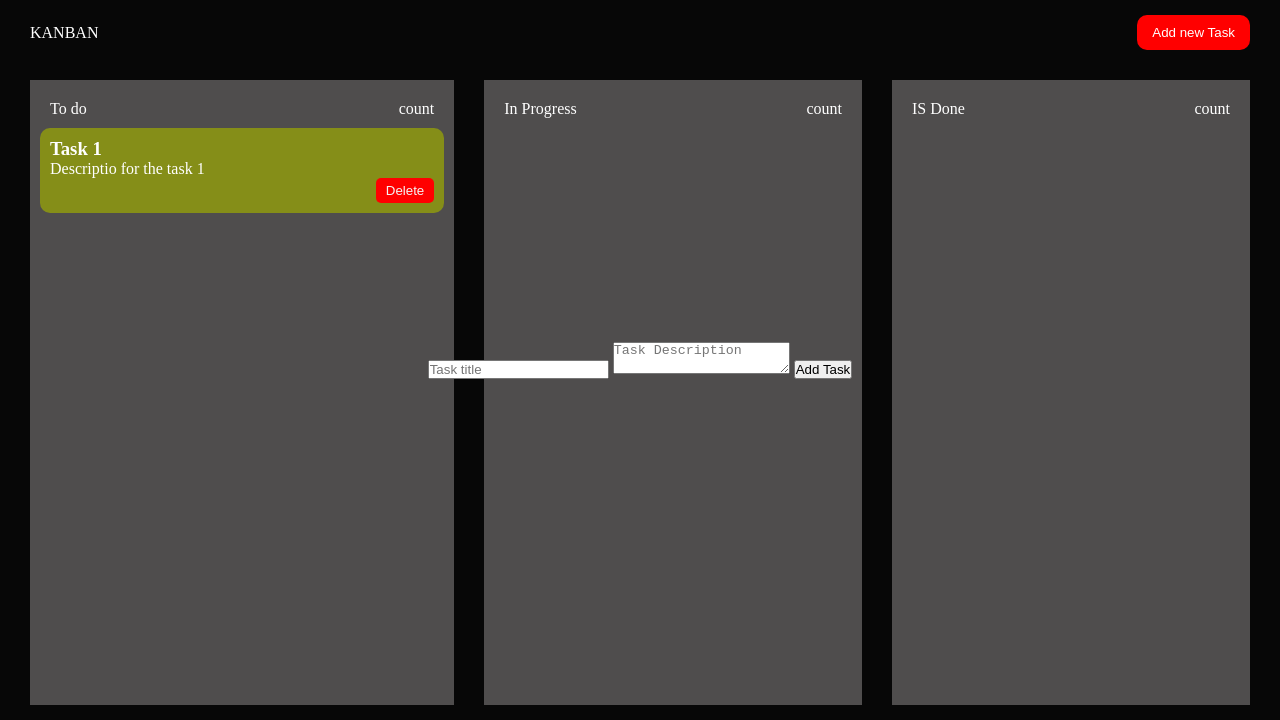
Repository: Sandeepji-5/Kanban-board
Page: index.html
An editor plug-in stored every save of this project. The page is shown before and after the next save, followed by the edit.
The browser window is 1280 px wide. The pictures show the whole page.

Above is the page before, as saved 2025-12-09 15:05:54.

### index.html
<!DOCTYPE html>
<html lang="en">
<head>
    <meta charset="UTF-8">
    <meta name="viewport" content="width=device-width, initial-scale=1.0">
    <title>Document</title>
    <link rel="stylesheet" href="style.css">
</head>
<body>
    <main>
        <nav>
            <div class="left">KANBAN</div>
            <div class="right"><button id="toggle-modal">Add new Task</button></div>
        </nav>
        <section class="board">
            <div   id="todo" class="task-column">
                <div class="heading">
                    <div class="left">To do </div>
                      <div class="right">count</div>
                </div>
                <div draggable="true" class="task">
                    <h3>Task 1</h3>
                    <p>Descriptio for the task 1 </p>
                    <button>Delete</button>
                </div>
            </div>
            <div id="progress" class="task-column">
                <div class="heading">
                    <div class="left">In Progress</div>
                    <div class="right">count</div>
                </div>

            </div>
            <div  id="done"   class="task-column">
                <div class="heading">
                    <div class="left">IS Done </div>
                    <div class="right"> count</div>
                </div>

            </div>
        </section>


    </main>

    <div class="modal add-new-task">
        <div class="bg">


        <div class="center">
        <input type="text" placeholder="Task title"/>
        <textarea placeholder="Task Description"></textarea>
        <button id="add-new-task" class="add-task-btn"> Add Task</button>
        </div>
        </div>
    </div>



    <script src="kanban.js"></script>
</body>
</html>

### style.css
* {
    margin: 0;
    padding: 0;

    box-sizing: border-box;
}

html,
body {
    width: 100%;
    height: 100%;

}

:root {
    --bg-color: #0000000;
    --bg-button-color: rgb(79, 77, 77);
    --primary-text-color: #f4f4f4;
    --bg-task-color:gray;
    --bg-delete-color:red;



    /* padding 1 rem 2 rem */
    --nav-padding: 15px 30px;
    --section-padding: 15px 30px;
    --padding-s: 5px;
    --padding-m: 10px;
    --padding-l: 15px;
    --padding-xl: 20px;
    --padding-xxl: 30px;


    /* border radius variable  */



    --border-radius-s:5px;
    --border-radius-m:10px;
    --border-radius-l:15px;
    --border-radius-xl:20px;
    --border-radius-xxl:30px;


}

body {
    background-color: rgb(7, 7, 7);
    color: white;
}
main{
    display: flex;
    height: 100%;
    width: 100%;
    flex-direction: column;


}

nav{
    padding: var(--nav-padding);
    display: flex;
    align-items: center;
    justify-content: space-between;

}
nav button{
    background-color: red;
    color: white;
    border: none;
    outline: none;
    padding: var(  --padding-m) var(  --padding-l);
    cursor: pointer;
    border-radius:var(--border-radius-m) ;

}


section{
    padding:var(--section-padding);
    /* height: 100%; */
    display: flex;
    flex-grow: 1;
    justify-content: space-between;

    gap: var(--padding-xxl);

}
section .task-column{
    padding: var(--padding-m);
    background-color: var(--bg-button-color);
    flex-grow: 1  ;
    padding: var(--padding-m)  ;
    display: flex;
    flex-direction: column;
    transition: all 0.7s cubic-bezier(0.19, 1, 0.22, 1);




}
section .task-column.hover-over {
     border: 2px dashed rgb(247, 246, 246);
    transform: scale(1.05);
}
section .task-column .heading{
    display: flex;
    justify-content: space-between ;
    padding: var(--padding-m);
}


section .task-column  .task{

    display: flex;
    flex-direction: column;
    padding: var(--padding-m);
    border-radius: var(--border-radius-m);
    /* background-color: var(--bg-task-color); */
     background-color:rgba(150, 163, 8, 0.763);


}

section .task-column .task button{
    align-self: flex-end;
    cursor: pointer;
    padding: var(--padding-s) var(--padding-m);
    border-radius: var(--border-radius-s);
    border: none;
    outline: none;
    background-color: var(--bg-delete-color);
    color: var(--primary-text-color)  ;
}

.modal{

    position: fixed;
    top: 0;
    left: 0;
    height: 100vh;
    width: 100vw;
    display: flex;
    align-items: center;
    justify-content: center;







}


.modal.active{
    display: flex;
}

### kanban.js
const todo = document.querySelector('#todo');
const progress = document.querySelector('#progress')
const done = document.querySelector('#done');
const tasks = document.querySelectorAll('.task');
let draggedElement = null;

tasks.forEach(task => {
    task.addEventListener("drag", () => {

        draggedElement = task;
    })
})

// progress.addEventListener('dragenter',(e)=>{
//     progress.classList.add('hover-over');
// })


// progress.addEventListener('dragleave', (e)=>{
//     progress.classList.remove('hover-over');
// })


function addDragEventsOnColumn(column) {

    column.addEventListener('dragenter', (e) => {
        e.preventDefault();
        column.classList.add('hover-over');
    });

    column.addEventListener('dragleave', (e) => {
        e.preventDefault();
        column.classList.remove('hover-over');
    })

    column.addEventListener("dragover", (e) => {
        e.preventDefault();
    })

    column.addEventListener('drop', (e) => {

        column.appendChild(draggedElement)
        console.log("draggedElement", draggedElement, column);
        column.classList.remove('hover-over')
         e.preventDefault();
    })

}

addDragEventsOnColumn(todo);
addDragEventsOnColumn(progress)
addDragEventsOnColumn(done)






// const toggleModal = document.querySelector('#toggle-modal');
// const modal = document.querySelector('.modal')
// const addTaskbtn = document.querySelector('.add-task-btn')



// toggleModal.addEventListener('click',()=>{
// modal.classList.add('active');
// })

// addTaskbtn.addEventListener('click', ()=>{
//     modal.classList.remove('active');
// })

After the next save:
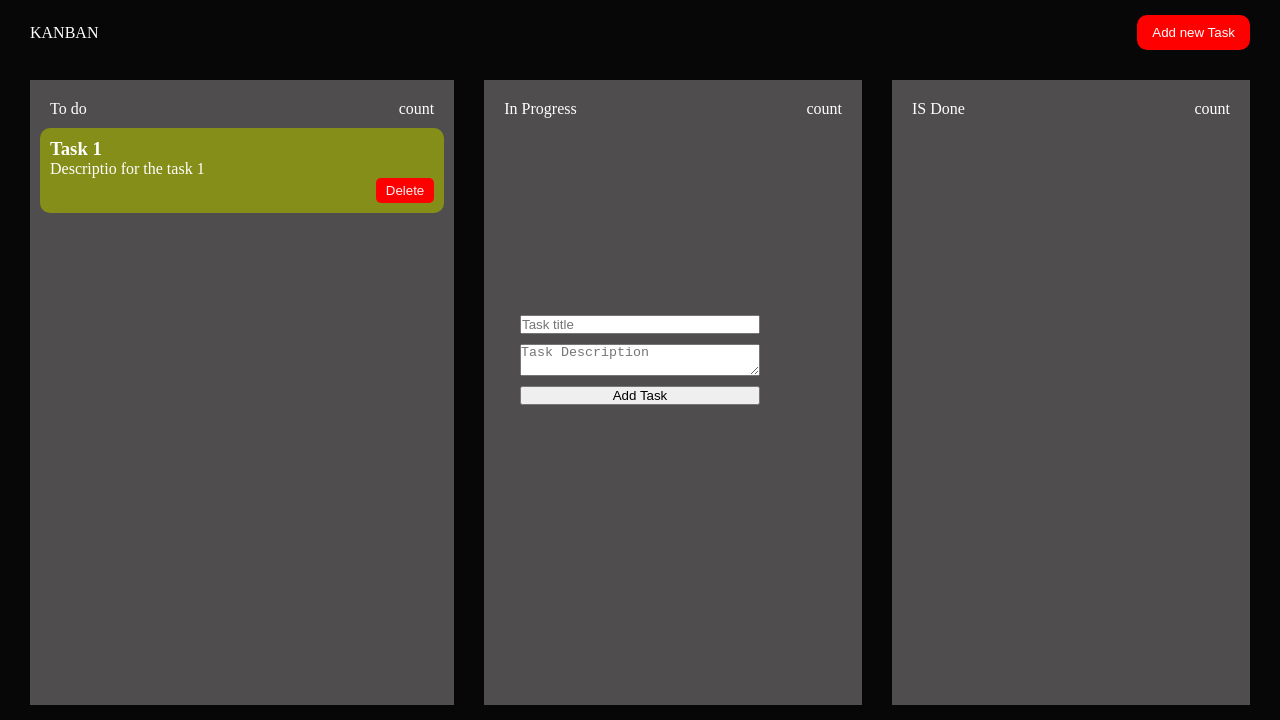
Saved 48 s later.
--- a/style.css
+++ b/style.css
@@ -153,6 +153,13 @@ section .task-column .task button{
 }
 
 
-.modal.active{
+.modal .center{
+    background-color: var(--bg-button-color);
+    padding: var(--padding-xxl);
+    border-radius: var(--border-radius-m);
     display: flex;
+    flex-direction: column;
+    gap: var(--padding-m);
+    min-width: 300px;
+
 }
